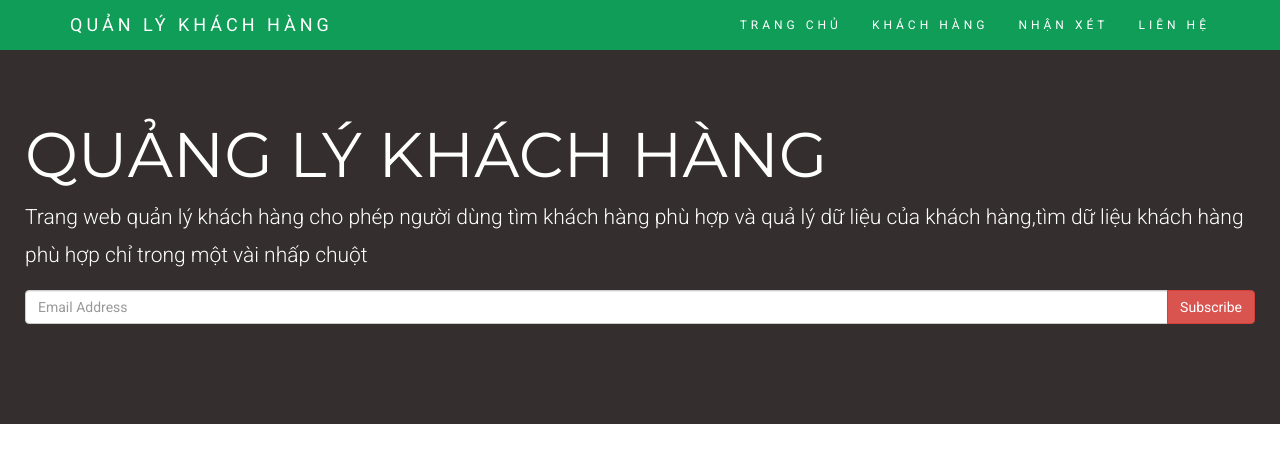
Repository: huutien1904/bt2-ltw
Page: index.html
An editor plug-in stored every save of this project. The page is shown before and after the next save, followed by the edit.
The browser window is 1280 px wide. The pictures show the whole page.

Above is the page before, as saved 2021-11-03 16:22:25.

### index.html
<!DOCTYPE html>
<html lang="en">
<head>
    <meta charset="UTF-8">
    <meta http-equiv="X-UA-Compatible" content="IE=edge">
    <meta name="viewport" content="width=device-width, initial-scale=1.0">
    <title>Quản Lý Khách Hàng</title>
    <link rel="stylesheet" href="https://maxcdn.bootstrapcdn.com/bootstrap/3.4.1/css/bootstrap.min.css">
    <link href="https://fonts.googleapis.com/css?family=Montserrat" rel="stylesheet" type="text/css">
    <link href="https://fonts.googleapis.com/css?family=Lato" rel="stylesheet" type="text/css">
    <!-- style -->
    <link rel="stylesheet" href="./style.css">
    <!-- font roboto -->
    <link rel="preconnect" href="https://fonts.googleapis.com">
    <link rel="preconnect" href="https://fonts.gstatic.com" crossorigin>
    <link href="https://fonts.googleapis.com/css2?family=Roboto:ital,wght@0,300;0,400;0,500;0,700;0,900;1,700&display=swap" rel="stylesheet">
    <!-- javacript boostrap -->
    <script src="https://ajax.googleapis.com/ajax/libs/jquery/3.5.1/jquery.min.js"></script>
    <script src="https://maxcdn.bootstrapcdn.com/bootstrap/3.4.1/js/bootstrap.min.js"></script>
</head>
<body>
  <!-- navbar -->
    <nav class="navbar navbar-default navbar-fixed-top">
        <div class="container">
          <div class="navbar-header">
            <button type="button" class="navbar-toggle" data-toggle="collapse" data-target="#myNavbar">
              <span class="icon-bar"></span>
              <span class="icon-bar"></span>
              <span class="icon-bar"></span>
            </button>
            <a class="navbar-brand" href="#myPage">QUẢN LÝ KHÁCH HÀNG</a>
          </div>
          <div class="collapse navbar-collapse" id="myNavbar">
            <ul class="nav navbar-nav navbar-right">
              <li><a href="#about">TRANG CHỦ</a></li>
              <li><a href="#services">KHÁCH HÀNG</a></li>
              <li><a href="#pricing">NHẬN XÉT</a></li>
              <li><a href="#contact">LIÊN HỆ</a></li>
            </ul>
          </div>
        </div>
    </nav>
  <!-- and navbar -->
  <!-- trang chủ -->
    <div class="jumbotron text-left">
      <h1>QUẢNG LÝ KHÁCH HÀNG</h1>
      <p>Trang web quản lý khách hàng cho phép người dùng tìm khách hàng phù hợp và quả lý dữ liệu của khách hàng,tìm dữ liệu khách hàng phù hợp chỉ trong một vài nhấp chuột </p>
      <form>
        <div class="input-group">
          <input type="email" class="form-control" size="50" placeholder="Email Address" required>
          <div class="input-group-btn">
            <button type="button" class="btn btn-danger">Subscribe</button>
          </div>
        </div>
      </form>
    </div>
  <!-- and trang chủ  -->
</body>
</html>

### style.css
*{
  font-family: 'Roboto', sans-serif;
}
:root {
  --primary-color: #0f9d58;
  --backgound-color: #f0f3f7;
  --secon-color: #9da2ad;
  --grey: #7a7a7a;
  --white: #ffffff;
}
  body {
    font: 400 15px Lato, sans-serif;
    line-height: 1.8;
    color: #818181;

  }
  h2 {
    font-size: 24px;
    text-transform: uppercase;
    color: #303030;
    font-weight: 600;
    margin-bottom: 30px;
  }
  h4 {
    font-size: 19px;
    line-height: 1.375em;
    color: #303030;
    font-weight: 400;
    margin-bottom: 30px;
  }
  .jumbotron {
    background-color: #342f2e;
    color: #fff;
    padding: 100px 25px;
    font-family: Montserrat, sans-serif;
  }
  .container-fluid {
    padding: 60px 50px;
  }
  .bg-grey {
    background-color: #f6f6f6;
  }
  .logo-small {
    color: var(--primary-color);
    font-size: 50px;
  }
  .logo {
    color: var(--primary-color);
    font-size: 200px;
  }
  .thumbnail {
    padding: 0 0 15px 0;
    border: none;
    border-radius: 0;
  }
  .thumbnail img {
    width: 100%;
    height: 100%;
    margin-bottom: 10px;
  }
  .carousel-control.right, .carousel-control.left {
    background-image: none;
    color: var(--primary-color);
  }
  .carousel-indicators li {
    border-color: var(--primary-color);
  }
  .carousel-indicators li.active {
    background-color: var(--primary-color);
  }
  .item h4 {
    font-size: 19px;
    line-height: 1.375em;
    font-weight: 400;
    font-style: italic;
    margin: 70px 0;
  }
  .item span {
    font-style: normal;
  }
  .panel {
    border: 1px solid var(--primary-color);
    border-radius:0 !important;
    transition: box-shadow 0.5s;
  }
  .panel:hover {
    box-shadow: 5px 0px 40px rgba(0,0,0, .2);
  }
  .panel-footer .btn:hover {
    border: 1px solid var(--primary-color);
    background-color: #fff !important;
    color: var(--primary-color);
  }
  .panel-heading {
    color: #fff !important;
    background-color: var(--primary-color) !important;
    padding: 25px;
    border-bottom: 1px solid transparent;
    border-top-left-radius: 0px;
    border-top-right-radius: 0px;
    border-bottom-left-radius: 0px;
    border-bottom-right-radius: 0px;
  }
  .panel-footer {
    background-color: white !important;
  }
  .panel-footer h3 {
    font-size: 32px;
  }
  .panel-footer h4 {
    color: #aaa;
    font-size: 14px;
  }
  .panel-footer .btn {
    margin: 15px 0;
    background-color: var(--primary-color);
    color: #fff;
  }
  .navbar {
    margin-bottom: 0;
    background-color: var(--primary-color);
    z-index: 9999;
    border: 0;
    font-size: 12px !important;
    line-height: 1.42857143 !important;
    letter-spacing: 4px;
    border-radius: 0;
    font-family: Montserrat, sans-serif;
  }
  .navbar li a, .navbar .navbar-brand {
    color: #fff !important;
  }
  .navbar-nav li a:hover, .navbar-nav li.active a {
    color: var(--primary-color) !important;
    background-color: #fff !important;
  }
  .navbar-default .navbar-toggle {
    border-color: transparent;
    color: #fff !important;
  }
  footer .glyphicon {
    font-size: 20px;
    margin-bottom: 20px;
    color: var(--primary-color);
  }
  .slideanim {visibility:hidden;}
  .slide {
    animation-name: slide;
    -webkit-animation-name: slide;
    animation-duration: 1s;
    -webkit-animation-duration: 1s;
    visibility: visible;
  }
  @keyframes slide {
    0% {
      opacity: 0;
      transform: translateY(70%);
    }
    100% {
      opacity: 1;
      transform: translateY(0%);
    }
  }
  @-webkit-keyframes slide {
    0% {
      opacity: 0;
      -webkit-transform: translateY(70%);
    }
    100% {
      opacity: 1;
      -webkit-transform: translateY(0%);
    }
  }
  @media screen and (max-width: 768px) {
    .col-sm-4 {
      text-align: center;
      margin: 25px 0;
    }
    .btn-lg {
      width: 100%;
      margin-bottom: 35px;
    }
  }
  @media screen and (max-width: 480px) {
    .logo {
      font-size: 150px;
    }
  }

After the next save:
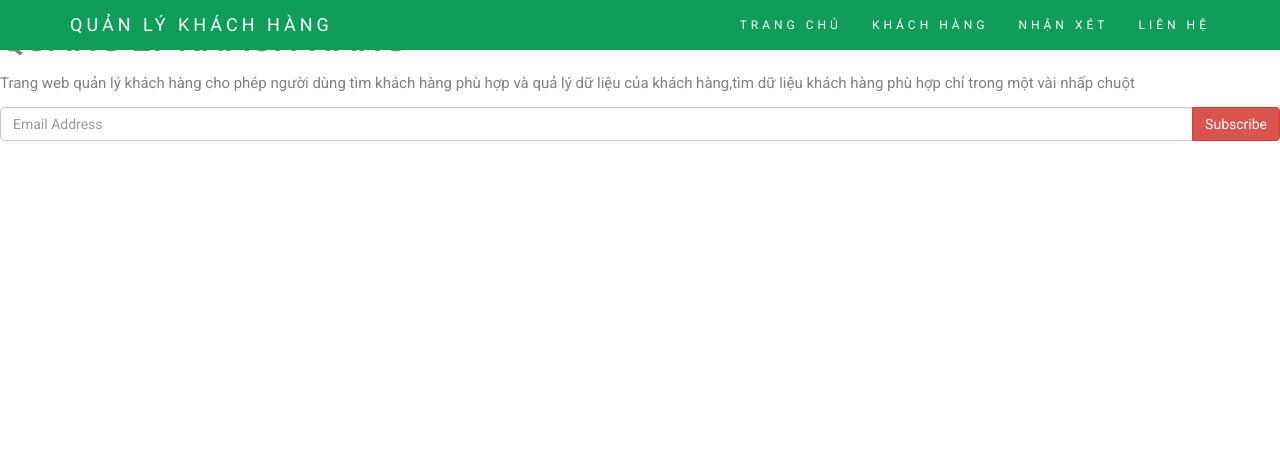
Saved 15 s later.
--- a/index.html
+++ b/index.html
@@ -42,7 +42,7 @@
     </nav>
   <!-- and navbar -->
   <!-- trang chủ -->
-    <div class="jumbotron text-left">
+    <div class="text-left">
       <h1>QUẢNG LÝ KHÁCH HÀNG</h1>
       <p>Trang web quản lý khách hàng cho phép người dùng tìm khách hàng phù hợp và quả lý dữ liệu của khách hàng,tìm dữ liệu khách hàng phù hợp chỉ trong một vài nhấp chuột </p>
       <form>

After the save that followed:
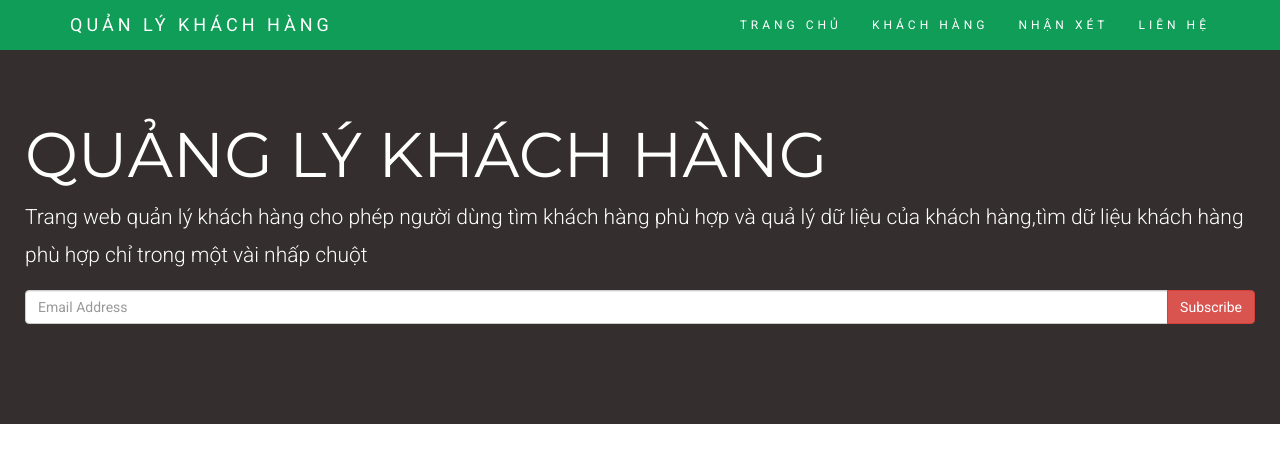
Saved 5 s later.
--- a/index.html
+++ b/index.html
@@ -42,7 +42,7 @@
     </nav>
   <!-- and navbar -->
   <!-- trang chủ -->
-    <div class="text-left">
+    <div class="jumbotron text-left">
       <h1>QUẢNG LÝ KHÁCH HÀNG</h1>
       <p>Trang web quản lý khách hàng cho phép người dùng tìm khách hàng phù hợp và quả lý dữ liệu của khách hàng,tìm dữ liệu khách hàng phù hợp chỉ trong một vài nhấp chuột </p>
       <form>
